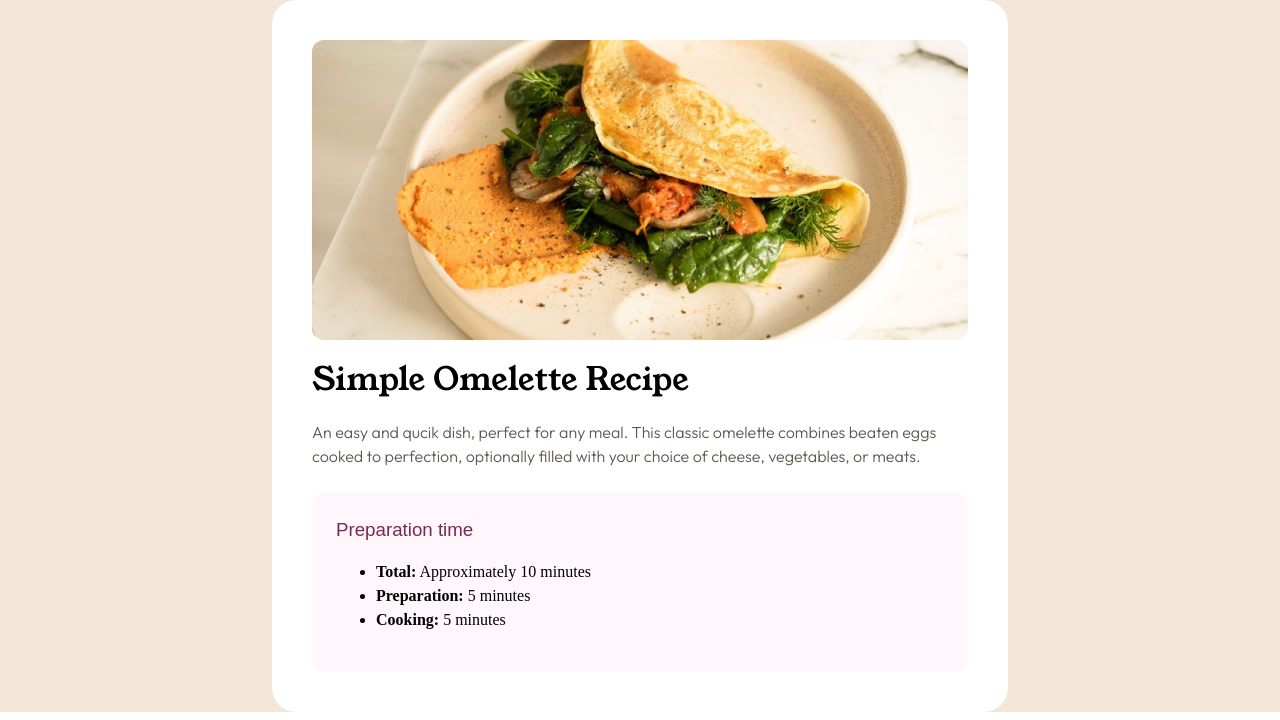
Repository: brandontaylor1/recipe-page
Page: index.html
The author's editor kept a copy of each file at every save. The page is drawn from the files as they stood at one save, then again after a run of saves.
The browser window is 1280 px wide. The pictures show the whole page.

Above is the page before, as saved 2024-12-28 22:06:23.

### index.html
<!DOCTYPE html>
<html lang="en">
<head>
    <meta charset="UTF-8">
    <meta name="viewport" content="width=device-width, initial-scale=1.0">
    <link rel="preconnect" href="https://fonts.googleapis.com">
    <link rel="preconnect" href="https://fonts.gstatic.com" crossorigin>
    <link href="https://fonts.googleapis.com/css2?family=Outfit:wght@100..900&family=Young+Serif&display=swap" rel="stylesheet">
    <link rel="stylesheet" href="styles.css">
    <title>Recipe Page</title>
</head>
<body>
    <main class="container">
        <div class="recipe-card">
            <div class="recipe-title-content">
                <img src="./assets/images/image-omelette.jpeg" alt="recipe-image">
                <h1>Simple Omelette Recipe</h1>
                <p>An easy and qucik dish, perfect for any meal. This classic omelette combines beaten eggs cooked to perfection, optionally filled with your choice of cheese, vegetables, or meats. </p>
            </div>
            <div class="preparation-container">
                <h3>Preparation time</h3>
                <ul class="preparation-time">
                    <li><strong>Total:</strong> Approximately 10 minutes</li>
                    <li><strong>Preparation:</strong> 5 minutes</li>
                    <li><strong>Cooking:</strong> 5 minutes</li>
                </ul>
            </div>
            <div class="ingredients-container">

            </div>
            <div class="instructions-container">

            </div>
            <div class="nutrition-container">

            </div>
        </div>


    </main>



    <script src="index.js"></script>
</body>
</html>

### styles.css
*,
*::before,
*::after {
    box-sizing: border-box;
}

body,
h1,
h2,
h3,
h4,
h5,
h6,
p,
figure,
picture {
    margin: 0;
}

body {
    line-height: 1.5;
    min-height: 100vh;
}

img,
picture {
    max-width: 100%;
    display: block;
}

input,
button,
textarea,
select {
    font: inherit;
}

@media (prefers-reduced-motion: reduce) {
    *,
    *::before,
    *::after {
      animation-duration: 0.01ms !important;
      animation-iteration-count: 1 !important;
      transition-duration: 0.01ms !important;
      scroll-behavior: auto !important;
    }
  }

  /* UTILITY CLASSES */
  /* .flex{
    display: flex;
    gap: var(--gap, 1rem);
  }

  .grid {
    display: grid;
    gap: var(--gap, 1rem);
  }

  .container {
    padding: 0 2rem;
    margin: 0 auto;
    max-width: 80rem;
  }

  .sr-only {
    position: absolute;
    width: 1px;
    height: 1px;
    padding: 0;
    margin: -1px;
    overflow: hidden;
    clip: rect(0, 0, 0, 0);
    white-space: nowrap;
    border-width: 0;
  }

  .backgroundColor {
    background-color: var(--color-rose-50);
  } */




:root {
    /* COLORS */
    --color-rose-800: #7A284E;
    --color-rose-50: #FFF7FB;

    --color-stone-900: #312E2C;
    --color-stone-600: #5F564D;
    --color-stone-150: #E3DDD7;
    --color-stone-100: #F3E5D7;

    --color-brown-800: #854632;

    --color-white: #FFFFFF;
    --color-black: #000000;

    /* FONTS */
    /* @font-face {
        font-family: "YoungSerif-Regular", sans-serif;
        src: url(./fonts/YoungSerif-Regular.ttf) format('ttf');
    }

    @font-face {
        font-family: "Outfit-SemiBold", sans-serif;
        src: url(./fonts/Outfit-SemiBold.ttf) format('ttf');
    }

    @font-face {
        font-family: "Outfit-Bold", sans-serif;
        src: url(./fonts/Outfit-Bold.ttf) format('ttf');
    }

    @font-face {
        font-family: "Outfit-Regular", sans-serif;
        src: url(./fonts/Outfit-Regular.ttf) format('ttf');
    } */

    /* FONT SIZES */
    /* --fs-h1: 9.375rem;
    --fs-h2: 1.75rem;
    --fs-h3: 1.25rem;
    --fs-p: 1rem; */

}

.container {
    display: flex;
    flex-direction: column;
    align-items: center;
    justify-content: center;
    padding: 0 2rem;
    margin: 0 auto;
    max-width: 80rem;
    background-color: var(--color-stone-100);

}

.recipe-card {
    display: flex;
    flex-direction: column;
    align-items: flex-start;
    justify-content: space-between;
    width: 736px;
    padding: 40px;
    background-color: var(--color-white);
    border-radius: 24px;

}

.recipe-card img {
    width: 100%;
    border-radius: 12px;
}

.recipe-card h1 {
    padding: 1rem 0;
    font-family: "Young Serif", sans-serif;
    font-weight: 200;
}

.recipe-title-content p {
    color: var(--color-stone-600);
    font-family: "Outfit", sans-serif;
    font-size: 16px;
    font-weight: 300;
    line-height: 24px;
}

.preparation-container {
    display: flex;
    flex-direction: column;
    align-items: flex-start;
    width: 100%;
    margin-top: 24px;
    padding: 24px;
    border-radius: 12px;;
    background-color: var(--color-rose-50);
}

.preparation-container h3 {
    font-family: "Outfit-Bold", sans-serif;
    font-weight: 500;
    color: var(--color-rose-800);
}

.preparation-container p {
    font-family: "Outfit", sans-serif;
}

Loaded but not shown: index.js (common file)

After the next 2 saves:
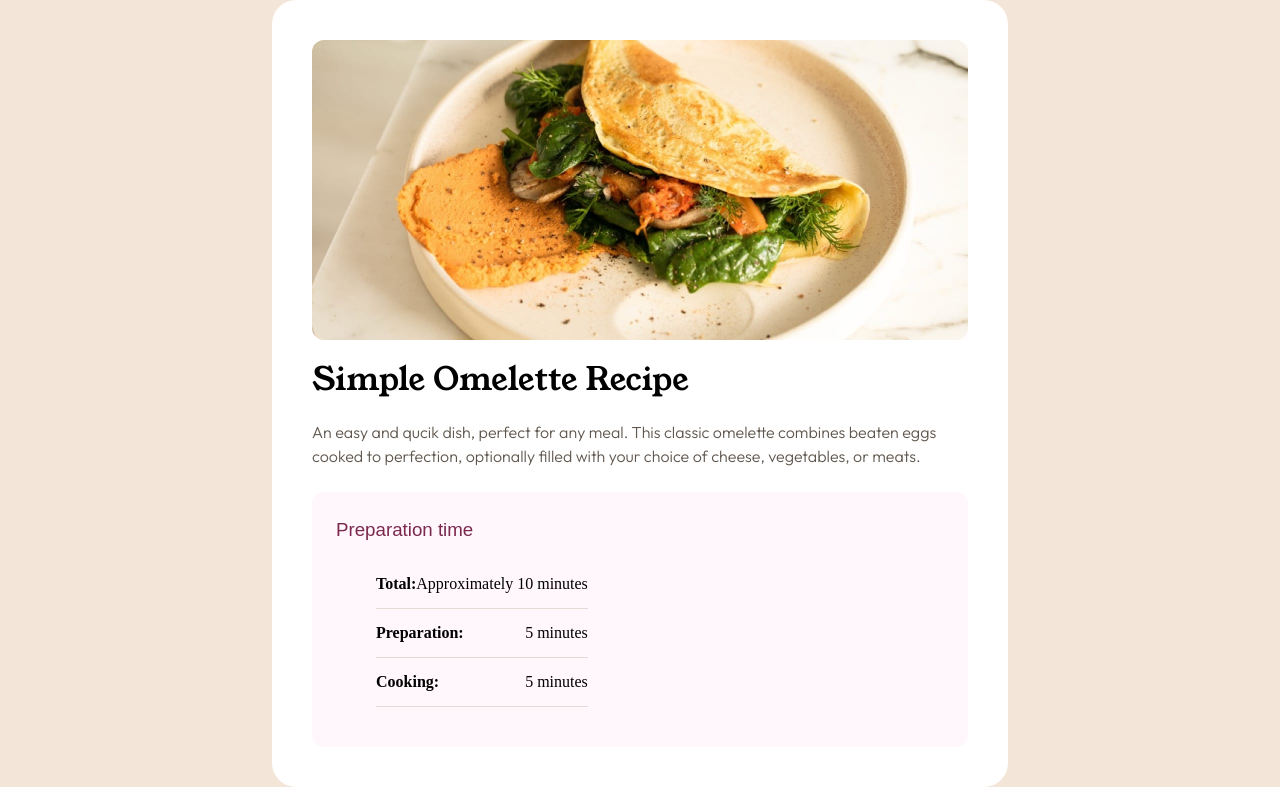
The 2 saves are shown as one change because they came seconds apart.
The last was saved 3 min 23 s later.
--- a/styles.css
+++ b/styles.css
@@ -189,3 +189,11 @@ select {
 .preparation-container p {
     font-family: "Outfit", sans-serif;
 }
+
+.preparation-time li {
+    display: flex;
+    align-items: center;
+    justify-content: space-between;
+    padding: 12px 0;
+    border-bottom: 1px solid var(--color-stone-150);
+}

After the save that followed:
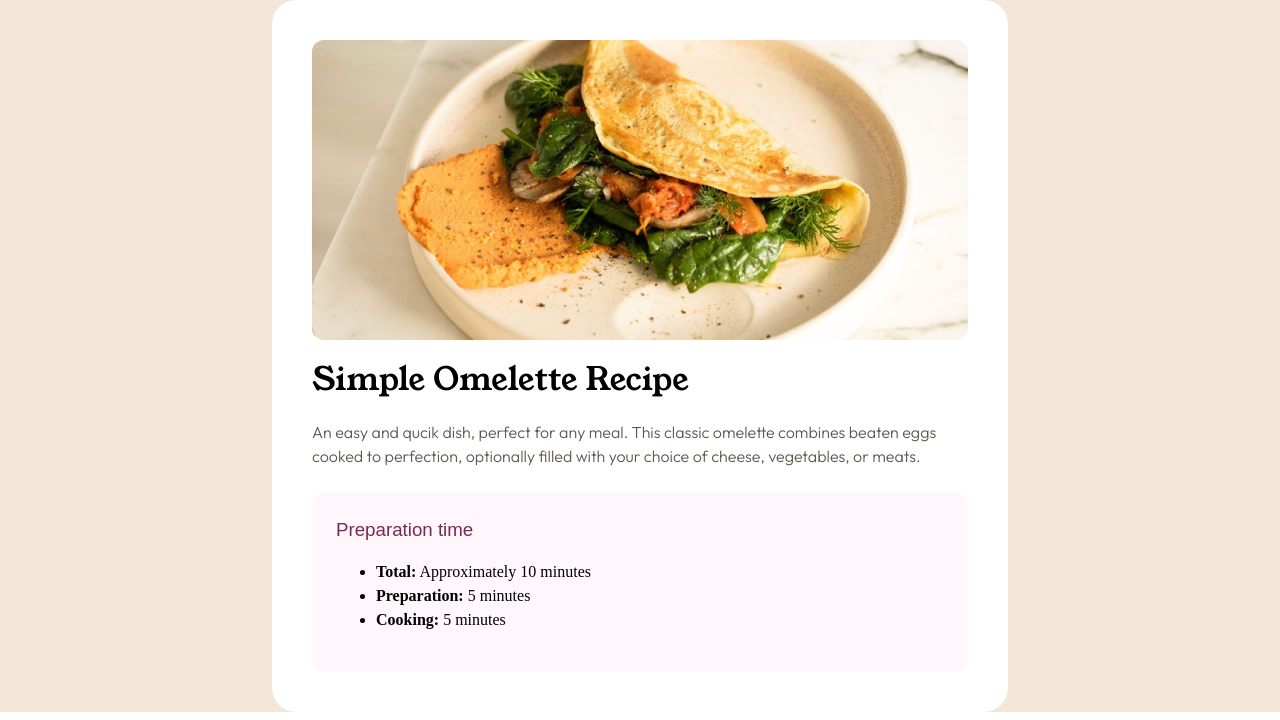
Saved 6 s later.
--- a/styles.css
+++ b/styles.css
@@ -191,9 +191,5 @@ select {
 }
 
 .preparation-time li {
-    display: flex;
-    align-items: center;
-    justify-content: space-between;
-    padding: 12px 0;
-    border-bottom: 1px solid var(--color-stone-150);
+
 }
